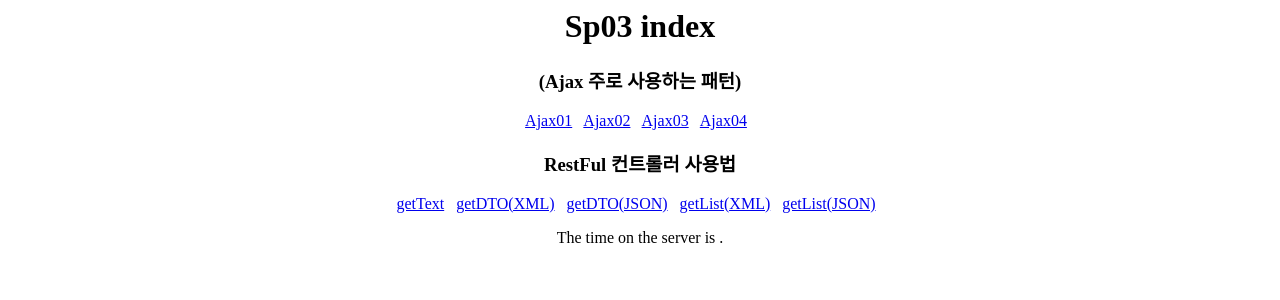
Repository: betweenhj702/Spring-practice-in-bit
Page: http://localhost/Sp03/WEB-INF/views/index.jsp
The author's editor kept a copy of each file at every save. The page is drawn from the files as they stood at one save, then again after the next save.
The browser window is 1280 px wide. The pictures show the whole page.
The page is served by Tomcat 9. Nobody is signed in. Other server files are loaded and not shown. The template is opened directly, without the code that normally fills it, so the values that code supplies are empty.

Above is the page before, as saved 2021-01-25 07:26:36.

### workspace/Sp03/src/main/webapp/WEB-INF/views/index.jsp
<%@ taglib uri="http://java.sun.com/jsp/jstl/core" prefix="c" %>
<%@ page contentType="text/html; charset=utf-8" %>
<html>
<head>
	<title>Home</title>
</head>
<body>
<div style="text-align:center">
		   <h1>Sp03 index </h1>
		   <h3>(Ajax 주로 사용하는 패턴)</h3>
		   <p>
		   		<a href="ajax/test01.do">Ajax01</a>&nbsp;&nbsp;
		   		<a href="ajax/test02.do">Ajax02</a>&nbsp;&nbsp;
		   		<a href="ajax/test03.do">Ajax03</a>&nbsp;&nbsp;
		   		<a href="ajax/test04.do">Ajax04</a>&nbsp;&nbsp;
		   </p>
		   <p>
		   		<h3>RestFul 컨트롤러 사용법</h3>
		   		<a href="rest/getText">getText</a>&nbsp;&nbsp;
		   		<a href="rest/getAddress">getDTO(XML)</a>&nbsp;&nbsp;
		   		<a href="rest/getAddress.json">getDTO(JSON)</a>&nbsp;&nbsp;
		   		<a href="rest/getAddress">getList(XML)</a>&nbsp;&nbsp;
		   		<a href="rest/getAddress.json">getList(JSON)</a>&nbsp;&nbsp;
		   </p>
		   <P>  The time on the server is ${serverTime}. </P>
		</div>



</body>
</html>

After the next save:
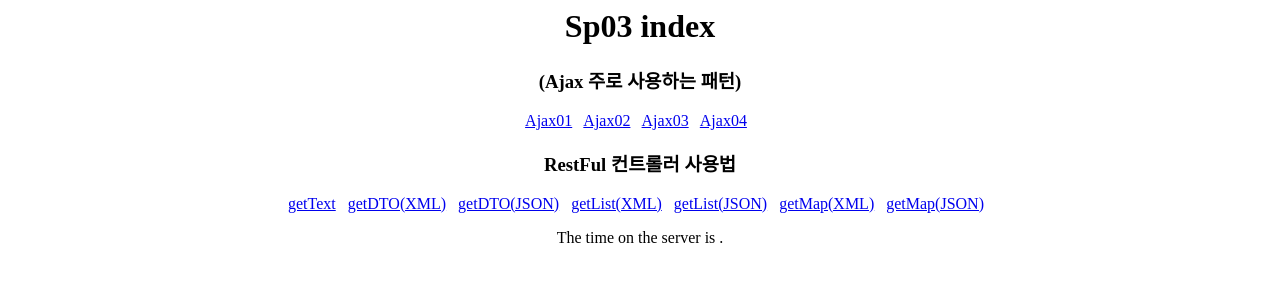
Saved 49 s later.
--- a/workspace/Sp03/src/main/webapp/WEB-INF/views/index.jsp
+++ b/workspace/Sp03/src/main/webapp/WEB-INF/views/index.jsp
@@ -19,8 +19,10 @@
 		   		<a href="rest/getText">getText</a>&nbsp;&nbsp;
 		   		<a href="rest/getAddress">getDTO(XML)</a>&nbsp;&nbsp;
 		   		<a href="rest/getAddress.json">getDTO(JSON)</a>&nbsp;&nbsp;
-		   		<a href="rest/getAddress">getList(XML)</a>&nbsp;&nbsp;
-		   		<a href="rest/getAddress.json">getList(JSON)</a>&nbsp;&nbsp;
+		   		<a href="rest/getList">getList(XML)</a>&nbsp;&nbsp;
+		   		<a href="rest/getList.json">getList(JSON)</a>&nbsp;&nbsp;
+		   		<a href="rest/getMap">getMap(XML)</a>&nbsp;&nbsp;
+		   		<a href="rest/getMap.json">getMap(JSON)</a>&nbsp;&nbsp;
 		   </p>
 		   <P>  The time on the server is ${serverTime}. </P>
 		</div>
